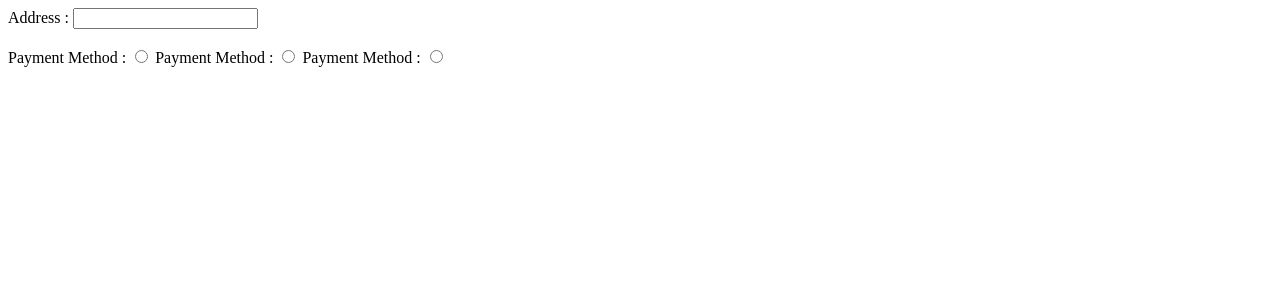
Repository: Sujith-B-S/Food-Application
Page: http://localhost/FoodApplication/checkOut.jsp
These files come from the project's save history. The page is drawn as it stood at one moment and after the next save; the edit follows.
The browser window is 1280 px wide. The pictures show the whole page.
The page is served by Tomcat 9.

Above is the page before, as saved 2024-11-22 04:37:40.

After the next save:
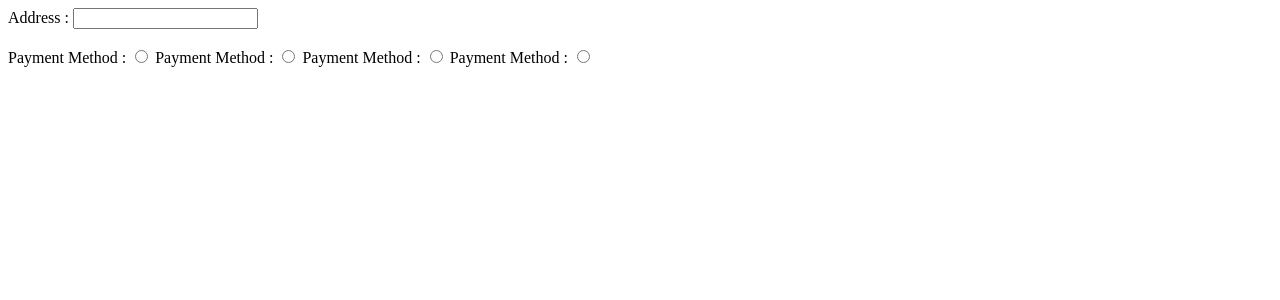
Saved 28 s later.
--- a/FoodApplication/src/main/webapp/checkOut.jsp
+++ b/FoodApplication/src/main/webapp/checkOut.jsp
@@ -12,6 +12,7 @@
 		Payment Method : <input type = "radio" name = "creditcard" value = "Credit Card">
 		Payment Method : <input type = "radio" name = "upi" value = "UPI">
 		Payment Method : <input type = "radio" name = "cash" value = "Cash on Delivery">
+		Payment Method : <input type = "radio" name = "cash" value = "Cash on Delivery">
 
 	</form>
 </body>
